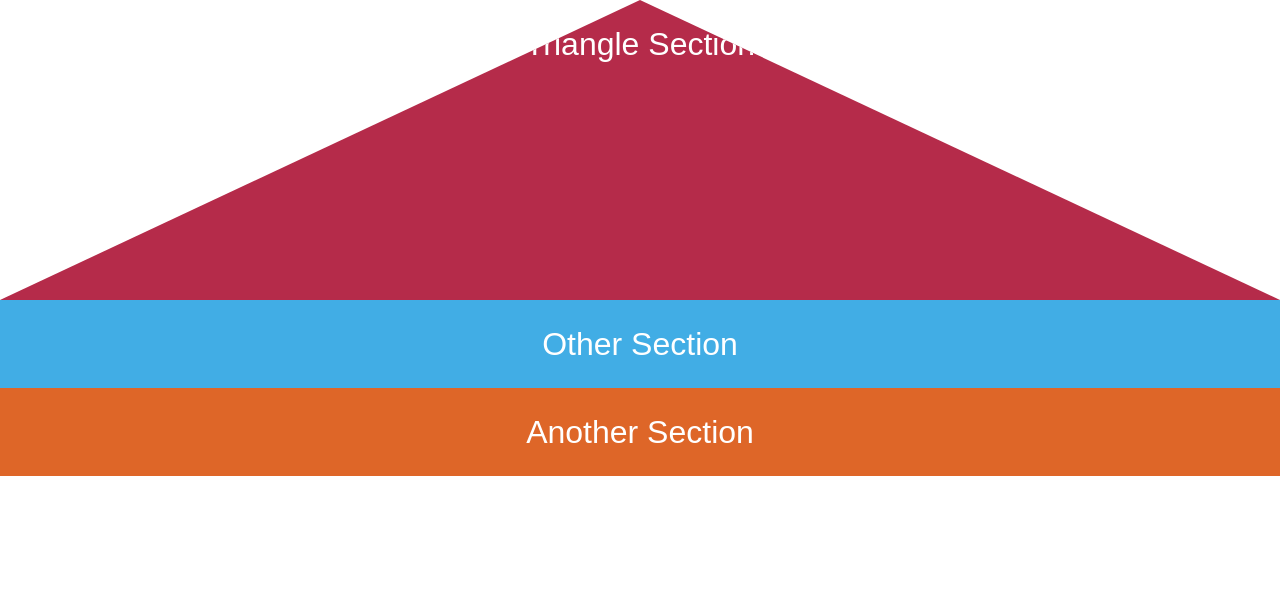
Repository: FrontendProjectsNL/mijn-portfolio-project
Page: /test-skewed-triangle
The author's editor kept a copy of each file at every save. The page is drawn from the files as they stood at one save, then again after the next save.
The browser window is 1280 px wide. The pictures show the whole page.
The project was rebuilt for these pictures with package versions that can differ from the ones it lists, and the page was loaded fresh each time. The framework's server and built-in components were replaced by stand-ins that run in the browser. Also part of the build but not shown: next.config.mjs.

Above is the page before, as saved 2024-10-23 00:18:15.

After the next save:
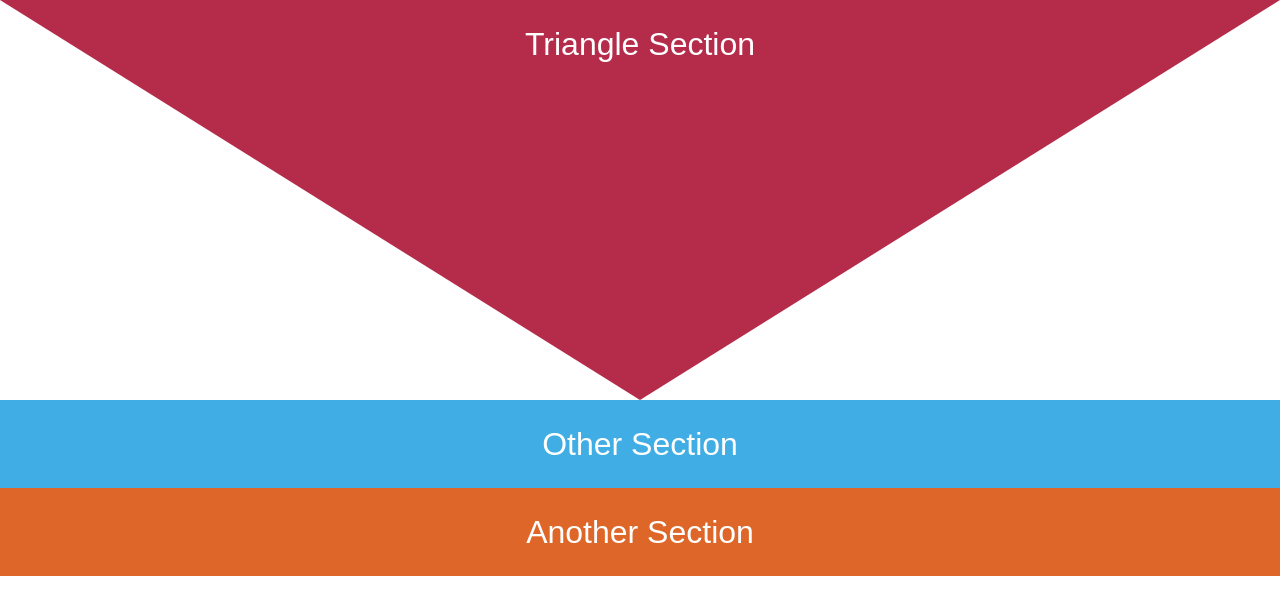
Saved 116 s later.
--- a/app/test-skewed-triangle/skewed-triangle.css
+++ b/app/test-skewed-triangle/skewed-triangle.css
@@ -3,11 +3,11 @@
   z-index: 1;
   background: inherit;
   clip-path: polygon(
-    50% 0%,
-    0% 100%,
-    100% 100%
-  ); /* Creates the triangle shape */
-  height: 300px; /* Adjust height based on your design */
+    50% 100%,
+    0 0,
+    100% 0
+  ); /* Creates the inverted triangle shape */
+  height: 400px; /* Adjust height based on your design */
 }
 
 /* Background Colors */
